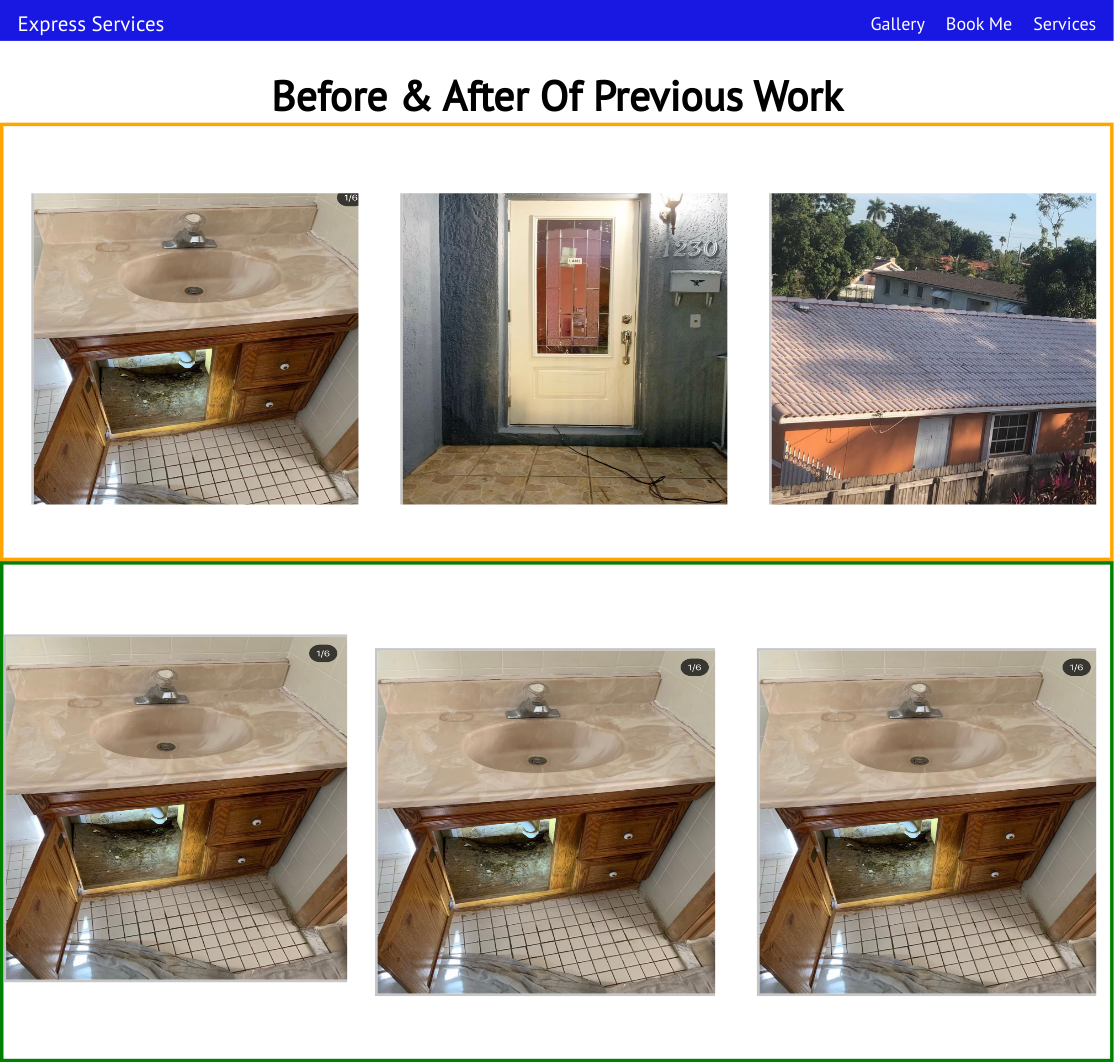
Repository: DrummerDee/mir-miami
Page: /Gallery (app in mr-miami/)
The author's editor kept a copy of each file at every save. The page is drawn from the files as they stood at one save, then again after a run of saves.
The browser window is 1280 px wide. The pictures show the whole page, at 87% of full size.
The project was rebuilt for these pictures with package versions that can differ from the ones it lists, and the page was loaded fresh each time. Also part of the build but not shown: mr-miami/src/Styles/Services.css, mr-miami/src/Components/Services.js, mr-miami/src/Components/Homepage.js, mr-miami/src/Styles/Calendar.css, mr-miami/src/Styles/Times.css, mr-miami/src/Components/Times.js, mr-miami/src/Components/Time.js, mr-miami/src/Components/BookMe.js.

Above is the page before, as saved 2022-09-09 13:57:37.

After the next 6 saves:
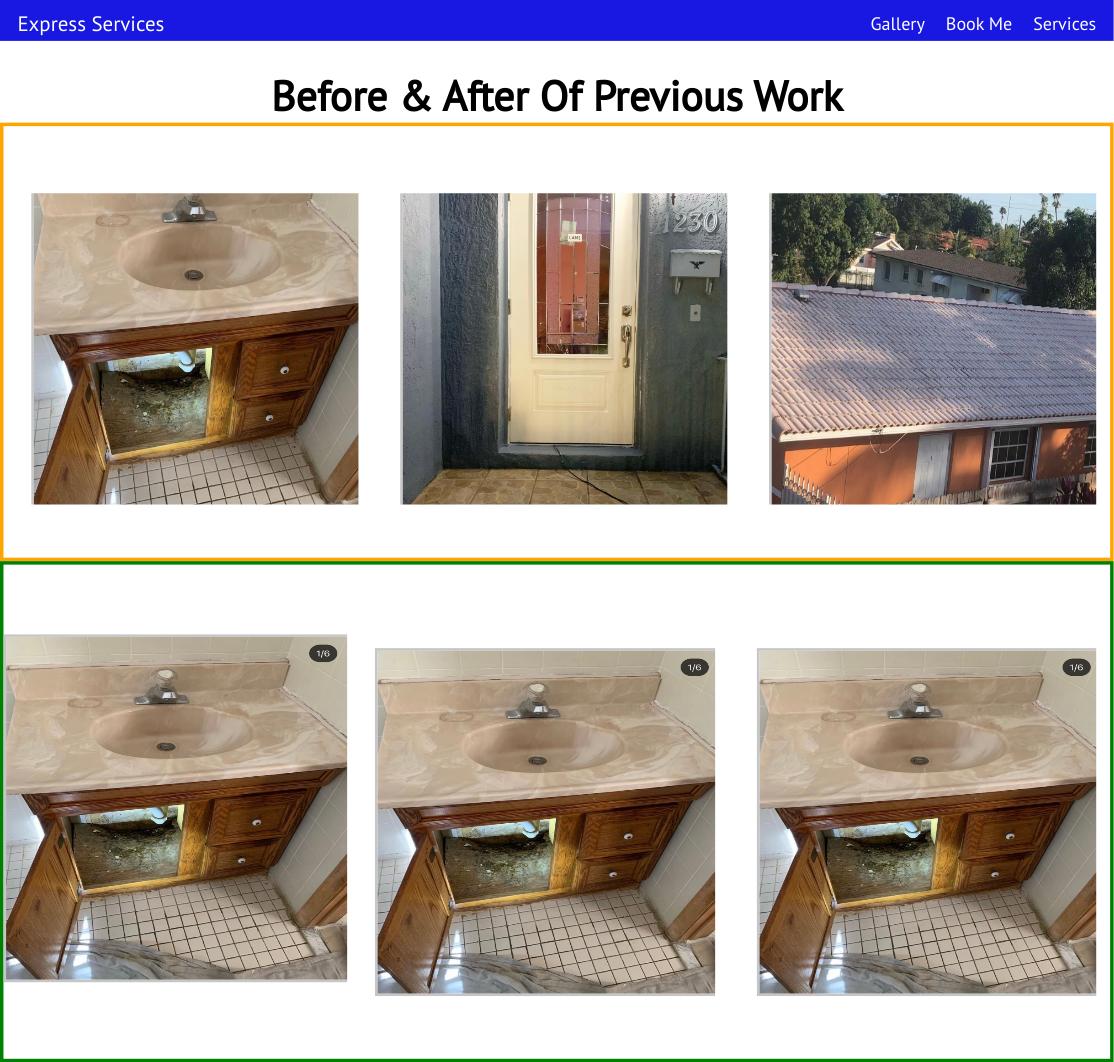
The 6 saves are shown as one change because they came seconds apart.
The last was saved 30 s later.
--- a/mr-miami/src/Components/Gallery.js
+++ b/mr-miami/src/Components/Gallery.js
@@ -21,7 +21,7 @@ function Gallery() {
                         <LazyLoadImage
                             src={sinkbefore}
                             width={400}
-                            height={400}
+                            height={500}
                             effect='blur'
                             alt='broken sink'
                             className="top"
@@ -29,7 +29,7 @@ function Gallery() {
                         <LazyLoadImage
                             src={sinkafter}
                             width={400}
-                            height={400}
+                            height={500}
                             effect='blur'
                             alt='broken sink'
                             className="bottom"
@@ -39,7 +39,7 @@ function Gallery() {
                         <LazyLoadImage
                             src={doorbefore}
                             width={400}
-                            height={400}
+                            height={500}
                             effect='blur'
                             alt='broken sink'
                             className="top"
@@ -47,7 +47,7 @@ function Gallery() {
                         <LazyLoadImage
                             src={doorafter}
                             width={400}
-                            height={400}
+                            height={500}
                             effect='blur'
                             alt='broken sink'
                             className="bottom"
@@ -57,7 +57,7 @@ function Gallery() {
                         <LazyLoadImage
                             src={roofbefore}
                             width={400}
-                            height={400}
+                            height={500}
                             effect='blur'
                             alt='broken sink'
                             className="top"
@@ -65,7 +65,7 @@ function Gallery() {
                         <LazyLoadImage
                             src={roofafter}
                             width={400}
-                            height={400}
+                            height={500}
                             effect='blur'
                             alt='broken sink'
                             className="bottom"
